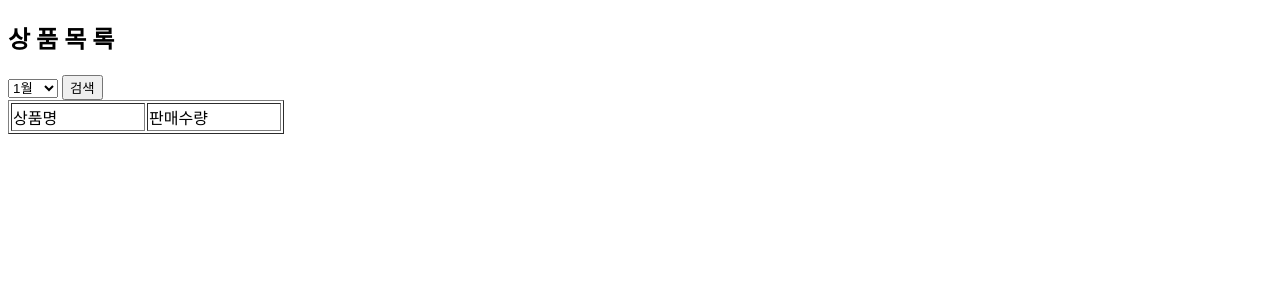
Repository: odasd/jsp
Page: http://localhost/semi/record/record.jsp
The author's editor kept a copy of each file at every save. The page is drawn from the files as they stood at one save, then again after the next save.
The browser window is 1280 px wide. The pictures show the whole page.
Some web libraries are served in a nearby version. The page is served by Tomcat 9. Queries for data that is not in the repository find no rows.

Above is the page before, as saved 2020-06-17 08:28:06.

After the next save:
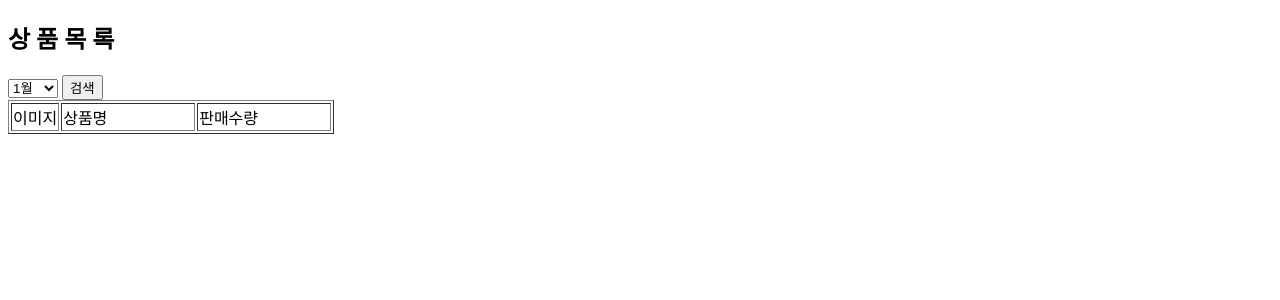
Saved 8 min 42 s later.
--- a/semi/WebContent/record/record.jsp
+++ b/semi/WebContent/record/record.jsp
@@ -35,11 +35,13 @@
        <table id="tbl" border=1></table>
          <script id="temp" type="text/x-handlebars-template">
           <tr class="title">
+			<td>이미지</td>
             <td width=130>상품명</td>
             <td width=130>판매수량</td>
           </tr>
          {{#each array}}
           <tr class="row">
+			<td><img src="{{printImage image}}"></td>
 			<td class="product">{{product_name}}</td>
             <td class="quantity">{{sold_quantity}}</td>
            </tr>
